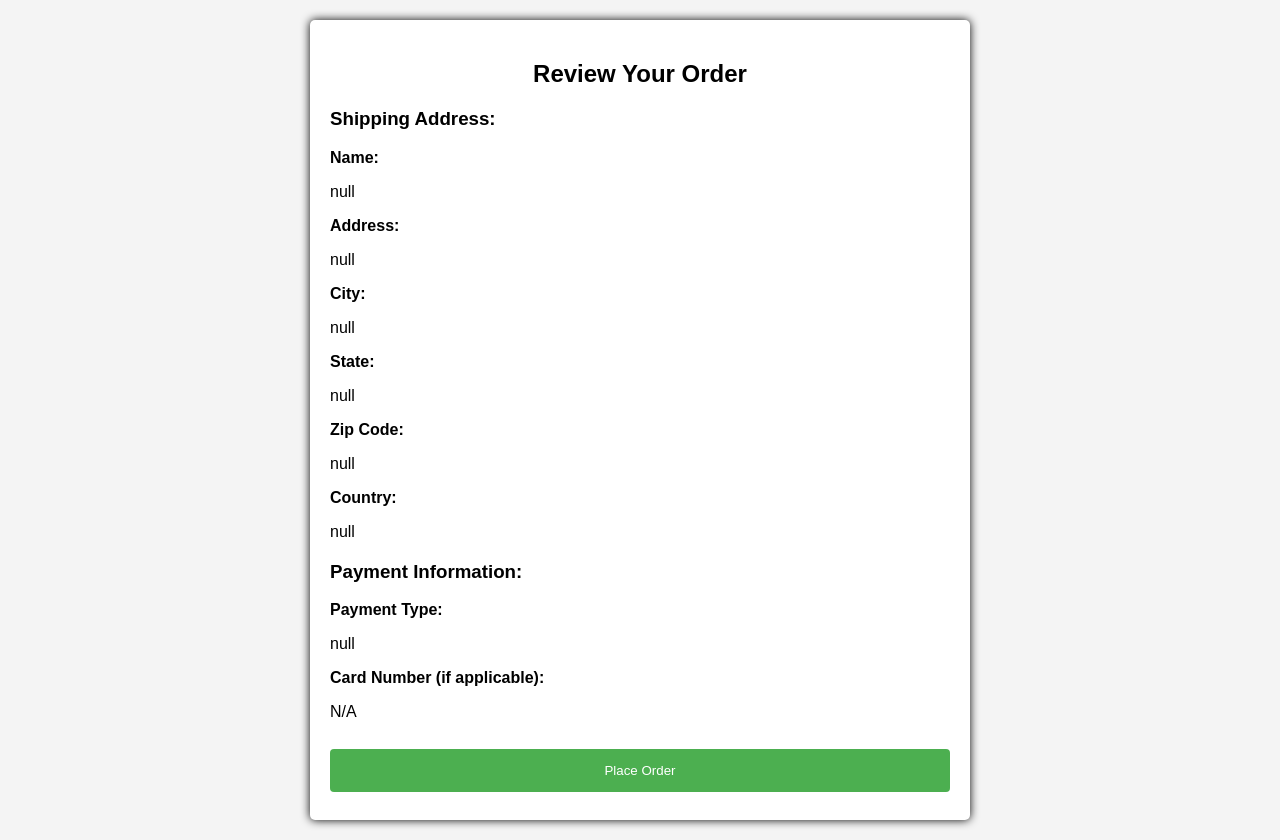
Repository: sairam468/Java-Technologies--Servlet-and-JSP-Programs
Page: http://localhost/SAIBOOK_App/PlaceOrder.jsp
The author's editor kept a copy of each file at every save. The page is drawn from the files as they stood at one save, then again after the next save.
The browser window is 1280 px wide. The pictures show the whole page.
The page is served by Tomcat 9.

Above is the page before, as saved 2024-11-02 09:03:38.

After the next save:
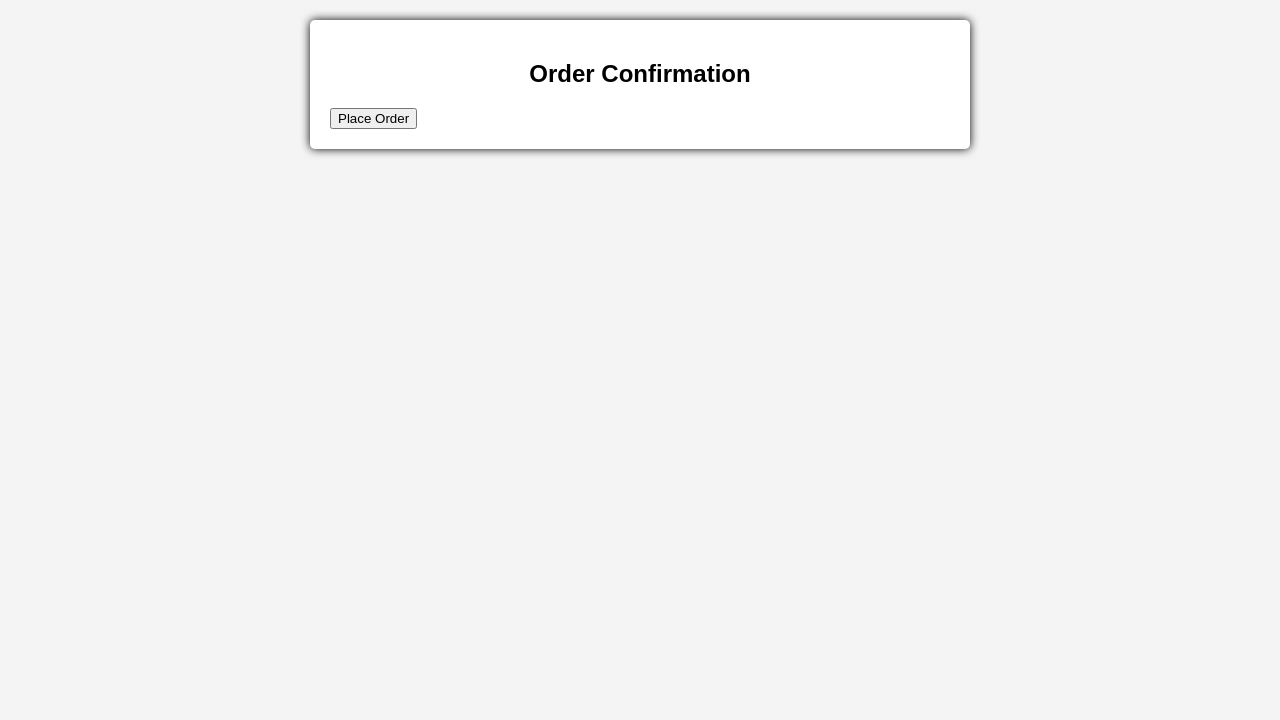
Saved 6 min 15 s later.
--- a/SAIBOOK_App/src/main/webapp/PlaceOrder.jsp
+++ b/SAIBOOK_App/src/main/webapp/PlaceOrder.jsp
@@ -30,46 +30,11 @@
             font-weight: bold;
             display: block;
         }
-        .btn {
-            width: 100%;
-            background-color: #4CAF50;
-            color: white;
-            padding: 14px 20px;
-            margin: 8px 0;
-            border: none;
-            border-radius: 4px;
-            cursor: pointer;
-        }
-        .btn:hover {
-            background-color: #45a049;
-        }
     </style>
 </head>
 <body>
     <div class="container">
-        <h2>Review Your Order</h2>
-        <div class="details">
-            <h3>Shipping Address:</h3>
-            <label>Name:</label>
-            <p><%= request.getParameter("name") %></p>
-            <label>Address:</label>
-            <p><%= request.getParameter("address") %></p>
-            <label>City:</label>
-            <p><%= request.getParameter("city") %></p>
-            <label>State:</label>
-            <p><%= request.getParameter("state") %></p>
-            <label>Zip Code:</label>
-            <p><%= request.getParameter("zipcode") %></p>
-            <label>Country:</label>
-            <p><%= request.getParameter("country") %></p>
-        </div>
-        <div class="details">
-            <h3>Payment Information:</h3>
-            <label>Payment Type:</label>
-            <p><%= request.getParameter("paymentType") %></p>
-            <label>Card Number (if applicable):</label>
-            <p><%= request.getParameter("cardNumber") != null ? request.getParameter("cardNumber") : "N/A" %></p>
-        </div>
+        <h2>Order Confirmation</h2>
         <form action="buyAllBooks" method="post">
             <input type="hidden" name="name" value="<%= request.getParameter("name") %>">
             <input type="hidden" name="address" value="<%= request.getParameter("address") %>">
@@ -78,7 +43,7 @@
             <input type="hidden" name="zipcode" value="<%= request.getParameter("zipcode") %>">
             <input type="hidden" name="country" value="<%= request.getParameter("country") %>">
             <input type="hidden" name="paymentType" value="<%= request.getParameter("paymentType") %>">
-            <input type="hidden" name="cardNumber" value="<%= request.getParameter("cardNumber") != null ? request.getParameter("cardNumber") : "" %>">
+            <input type="hidden" name="cardNumber" value="<%= request.getParameter("dynamicField") != null ? request.getParameter("dynamicField") : "" %>">
             <button type="submit" class="btn">Place Order</button>
         </form>
     </div>

After the save that followed:
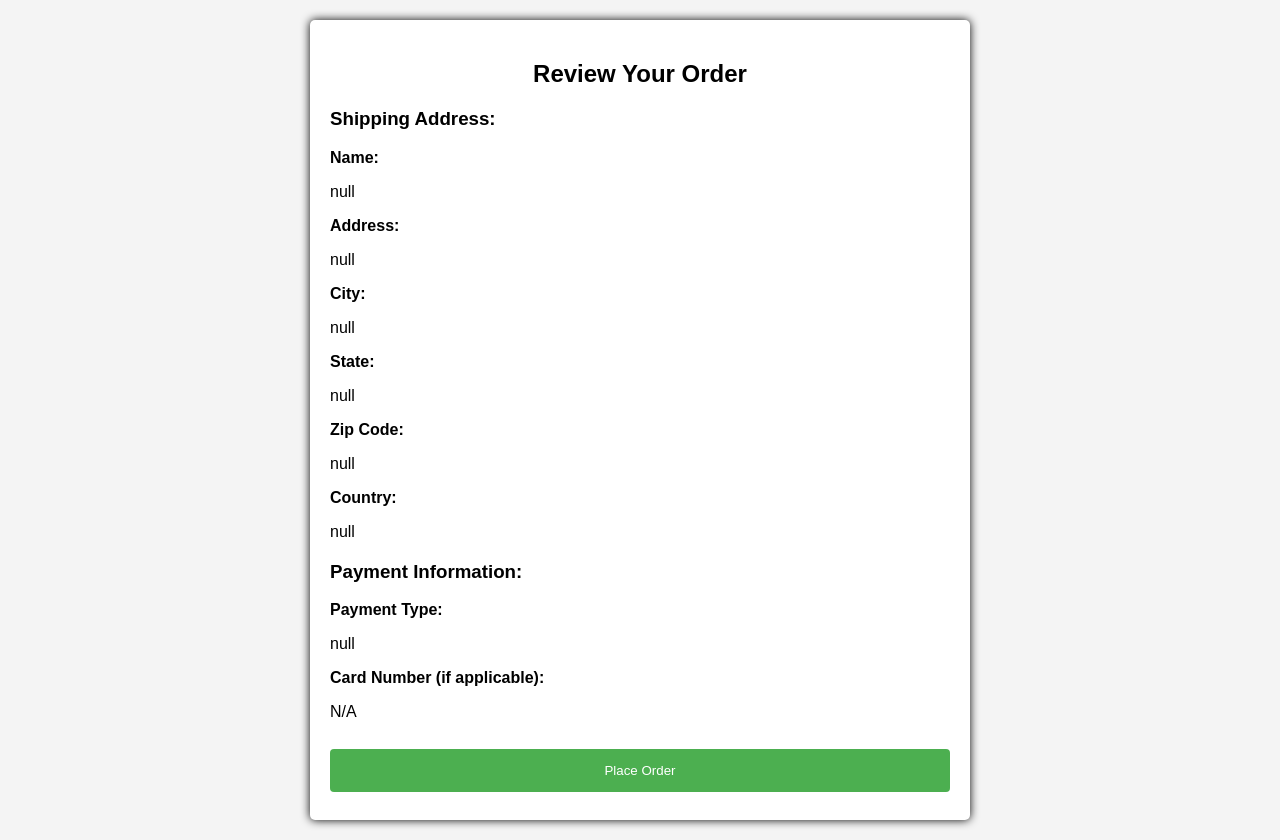
Saved 2 min 30 s later.
--- a/SAIBOOK_App/src/main/webapp/PlaceOrder.jsp
+++ b/SAIBOOK_App/src/main/webapp/PlaceOrder.jsp
@@ -30,12 +30,54 @@
             font-weight: bold;
             display: block;
         }
+        .btn {
+            width: 100%;
+            background-color: #4CAF50;
+            color: white;
+            padding: 14px 20px;
+            margin: 8px 0;
+            border: none;
+            border-radius: 4px;
+            cursor: pointer;
+        }
+        .btn:hover {
+            background-color: #45a049;
+        }
     </style>
 </head>
 <body>
     <div class="container">
-        <h2>Order Confirmation</h2>
+        <h2>Review Your Order</h2>
+
+        <!-- Shipping Address -->
+        <div class="details">
+            <h3>Shipping Address:</h3>
+            <label>Name:</label>
+            <p><%= request.getParameter("name") %></p>
+            <label>Address:</label>
+            <p><%= request.getParameter("address") %></p>
+            <label>City:</label>
+            <p><%= request.getParameter("city") %></p>
+            <label>State:</label>
+            <p><%= request.getParameter("state") %></p>
+            <label>Zip Code:</label>
+            <p><%= request.getParameter("zipcode") %></p>
+            <label>Country:</label>
+            <p><%= request.getParameter("country") %></p>
+        </div>
+
+        <!-- Payment Information -->
+        <div class="details">
+            <h3>Payment Information:</h3>
+            <label>Payment Type:</label>
+            <p><%= request.getParameter("paymentType") %></p>
+            <label>Card Number (if applicable):</label>
+            <p><%= request.getParameter("cardNumber") != null ? request.getParameter("cardNumber") : "N/A" %></p>
+        </div>
+
+        <!-- Place Order Form -->
         <form action="buyAllBooks" method="post">
+            <!-- Hidden inputs to pass data to the servlet -->
             <input type="hidden" name="name" value="<%= request.getParameter("name") %>">
             <input type="hidden" name="address" value="<%= request.getParameter("address") %>">
             <input type="hidden" name="city" value="<%= request.getParameter("city") %>">
@@ -43,7 +85,7 @@
             <input type="hidden" name="zipcode" value="<%= request.getParameter("zipcode") %>">
             <input type="hidden" name="country" value="<%= request.getParameter("country") %>">
             <input type="hidden" name="paymentType" value="<%= request.getParameter("paymentType") %>">
-            <input type="hidden" name="cardNumber" value="<%= request.getParameter("dynamicField") != null ? request.getParameter("dynamicField") : "" %>">
+            <input type="hidden" name="cardNumber" value="<%= request.getParameter("cardNumber") != null ? request.getParameter("cardNumber") : "" %>">
             <button type="submit" class="btn">Place Order</button>
         </form>
     </div>
